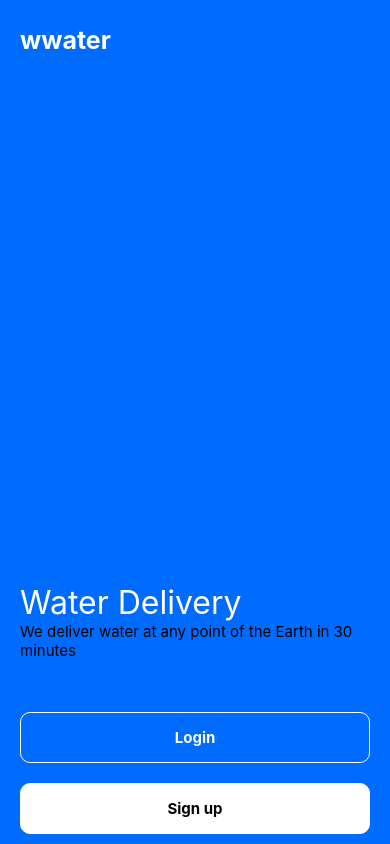
Repository: mtuguldr/myproject
Screen: /
These files come from the project's save history. The screen is drawn as it stood at one moment and after the next save; the edit follows.
The app was drawn by React Native's web renderer in a window 390 px wide. The project was rebuilt for these pictures with package versions that can differ from the ones it lists, and the page was loaded fresh each time. Also part of the build but not shown: app/Screens/HomeScreen.js.

Above is the screen before, as saved 2021-10-20 15:49:22.

After the next save:
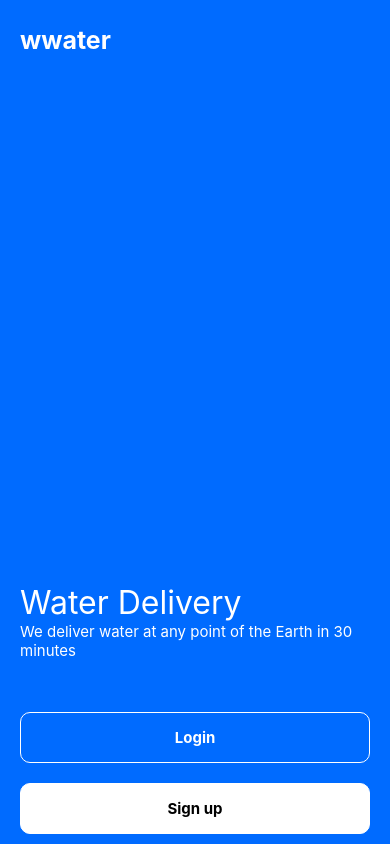
Saved 67 s later.
--- a/app/Screens/StartScreen.js
+++ b/app/Screens/StartScreen.js
@@ -39,6 +39,7 @@ function StartScreen() {
 
 const styles = StyleSheet.create({
 	description: {
+		color: 'white',
 		fontSize: ft(14),
 		marginBottom: MARGIN_VERTICAL,
 	},
